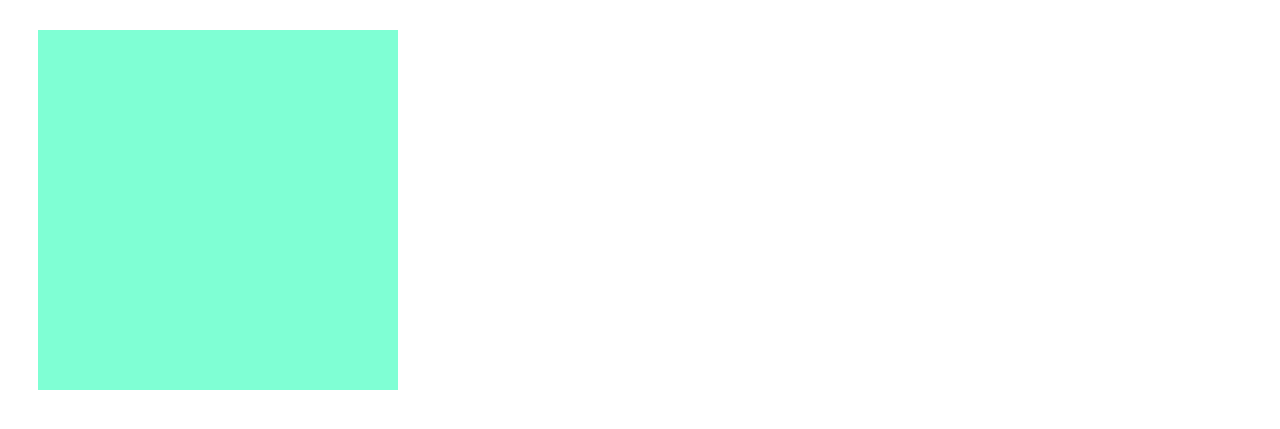
Repository: yuu3176/theme1
Page: box/box.html
The author's editor kept a record of every edit. The page is drawn from the files as they stood at one moment, then again after the next edit.
The browser window is 1280 px wide. The pictures show the whole page.

Above is the page before.

After the next edit:
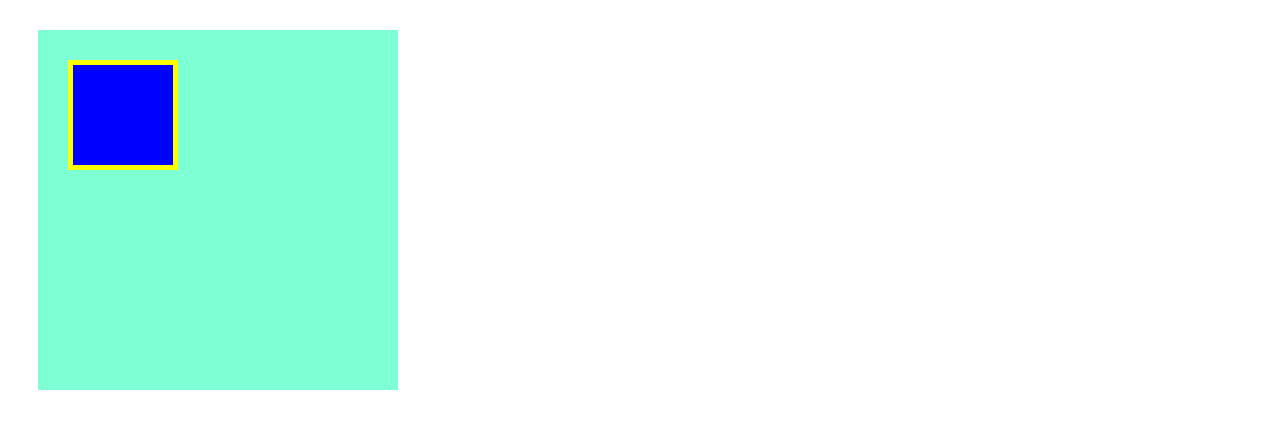
The edit:
--- a/box/box.html
+++ b/box/box.html
@@ -7,7 +7,8 @@
   </head>
 
   <body>
-    <!-- box1用のdiv -->
-    <div class="box1"></div>
+    <div class="box1">
+      <div class="box2"></div>
+    </div>
   </body>
 </html>
